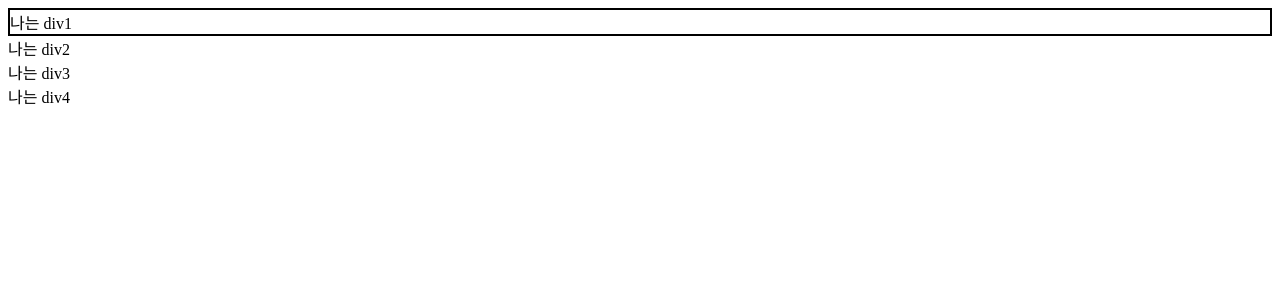
Repository: raccoon304/gugkbi_jsp
Page: HTML5/src/main/webapp/ch01_cssOrder/cssOrder.html
These files come from the project's save history. The page is drawn as it stood at one moment and after the next save; the edit follows.
The browser window is 1280 px wide. The pictures show the whole page.

Above is the page before, as saved 2025-11-13 07:14:53.

After the next save:
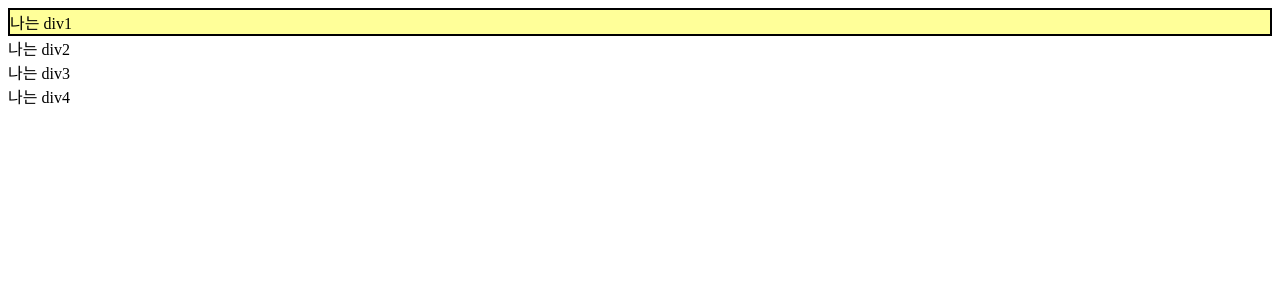
Saved 5 min 33 s later.
--- a/HTML5/src/main/webapp/ch01_cssOrder/cssOrder.html
+++ b/HTML5/src/main/webapp/ch01_cssOrder/cssOrder.html
@@ -6,7 +6,7 @@
 </head>
 <body>
 	<!--  HTML 주석문  -->
-	<div style="border: solid 2px black; ">나는 div1</div>
+	<div style="border: solid 2px black; background-color:#ffff99">나는 div1</div>
 	<div>나는 div2</div>
 	<div>나는 div3</div>
 	<div>나는 div4</div>
